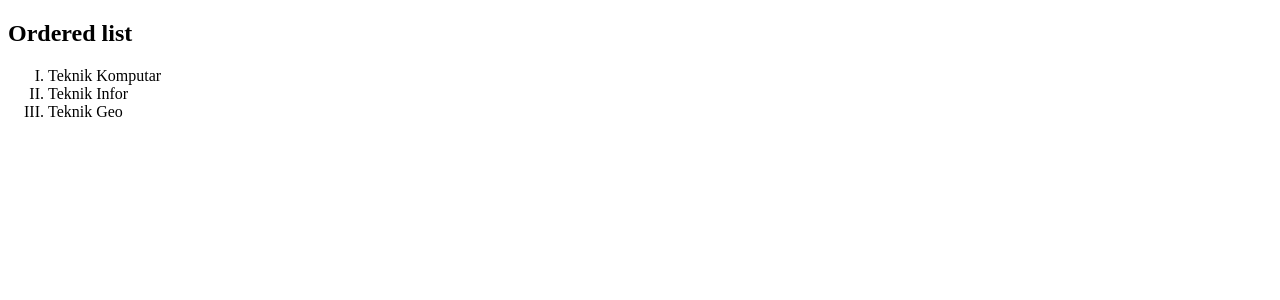
Repository: keyx-alt/pemrograman_web
Page: list.html
An editor plug-in stored every save of this project. The page is shown before and after the next save, followed by the edit.
The browser window is 1280 px wide. The pictures show the whole page.

Above is the page before, as saved 2026-04-16 13:52:08.

After the next save:
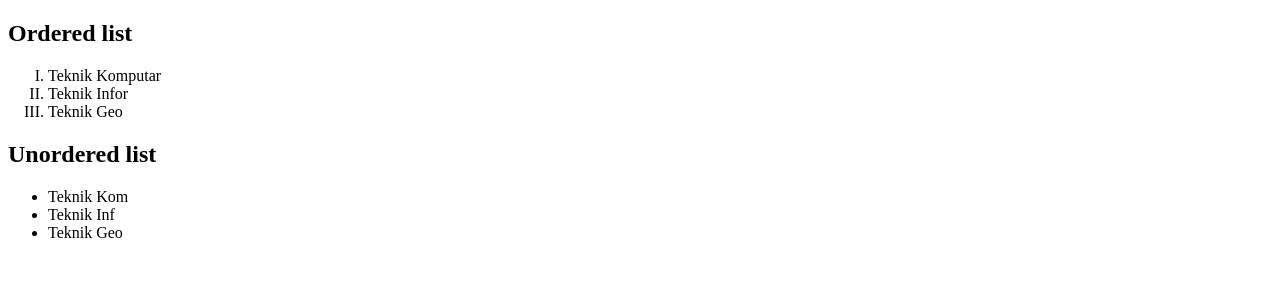
Saved 102 s later.
--- a/list.html
+++ b/list.html
@@ -13,5 +13,13 @@
         <li>Teknik Infor</li>
         <li>Teknik Geo</li>
     </ol>
+
+    <h2>Unordered list</h2>
+    <ul>
+        <li>Teknik Kom</li>
+        <li>Teknik Inf</li>
+        <li>Teknik Geo</li>
+    </ul>
+
 </body>
 </html>
